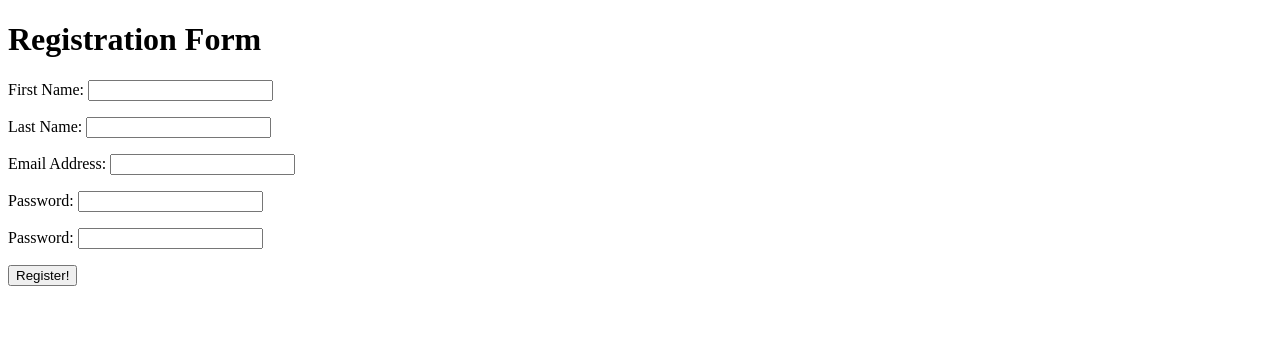
Repository: codieb1997/cosw30
Page: http://localhost/labwork/lab2/register.php
The author's editor kept a record of every edit. The page is drawn from the files as they stood at one moment, then again after the next edit.
The browser window is 1280 px wide. The pictures show the whole page.
The page is run by PHP 8.4 with error messages shown; the project is at /var/www/html/.

Above is the page before.

After the next edit:
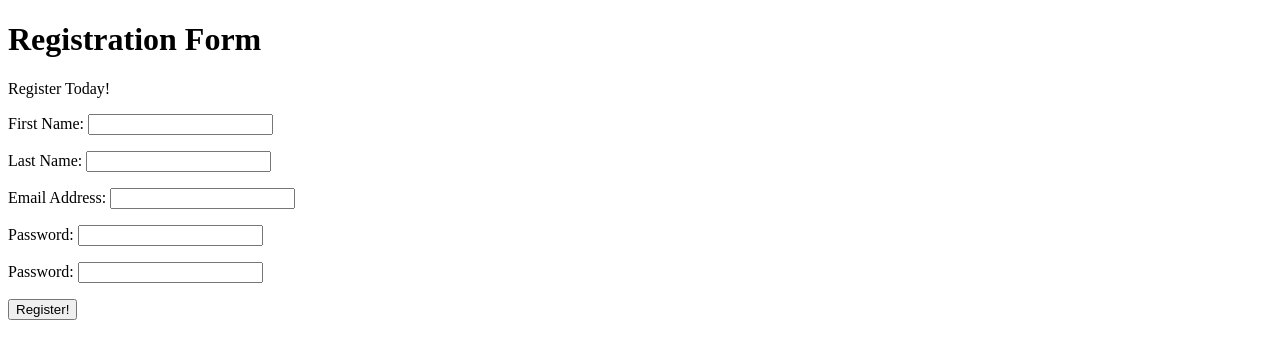
The edit:
--- a/labwork/lab2/register.php
+++ b/labwork/lab2/register.php
@@ -6,6 +6,7 @@
     </head>
     <body>
         <h1>Registration Form</h1>
+        <p>Register Today!</p>
         <form action="process_register.php" method="POST">
             <p><label for="first_name">First Name:</label>
             <input type="text" name="first_name" id="first_name" required></p>
